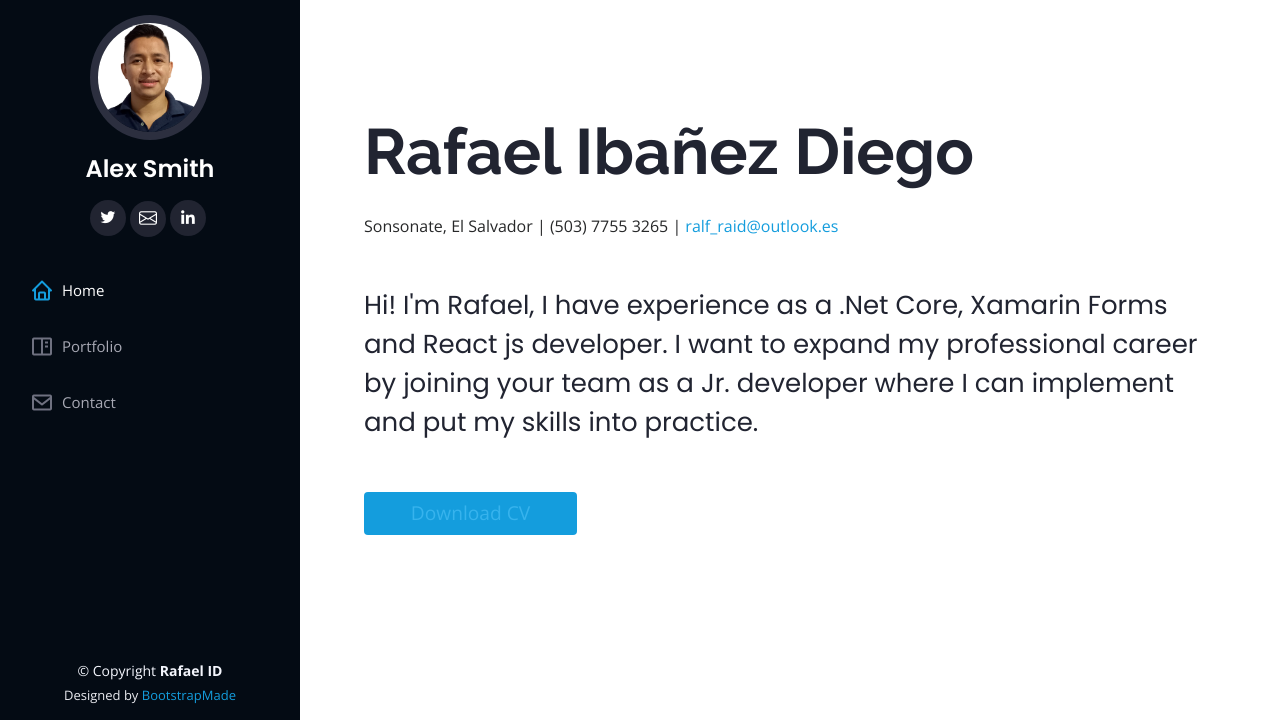
Repository: ralfId/myportfolio
Page: /
The author's editor kept a copy of each file at every save. The page is drawn from the files as they stood at one save, then again after the next save.
The browser window is 1280 px wide. The pictures show the whole page.
The pointer rests on the first visible `#hero button a`.
The project was rebuilt for these pictures with package versions that can differ from the ones it lists, and the page was loaded fresh each time. Also part of the build but not shown: src/data/projects.js, src/components/Projects/ProjectItem.js, src/components/Projects/ProjectIndex.js, src/helpers/ProjectById.js, src/components/Projects/ProjectDetail.js.

Above is the page before, as saved 2021-09-20 16:14:41.

After the next save:
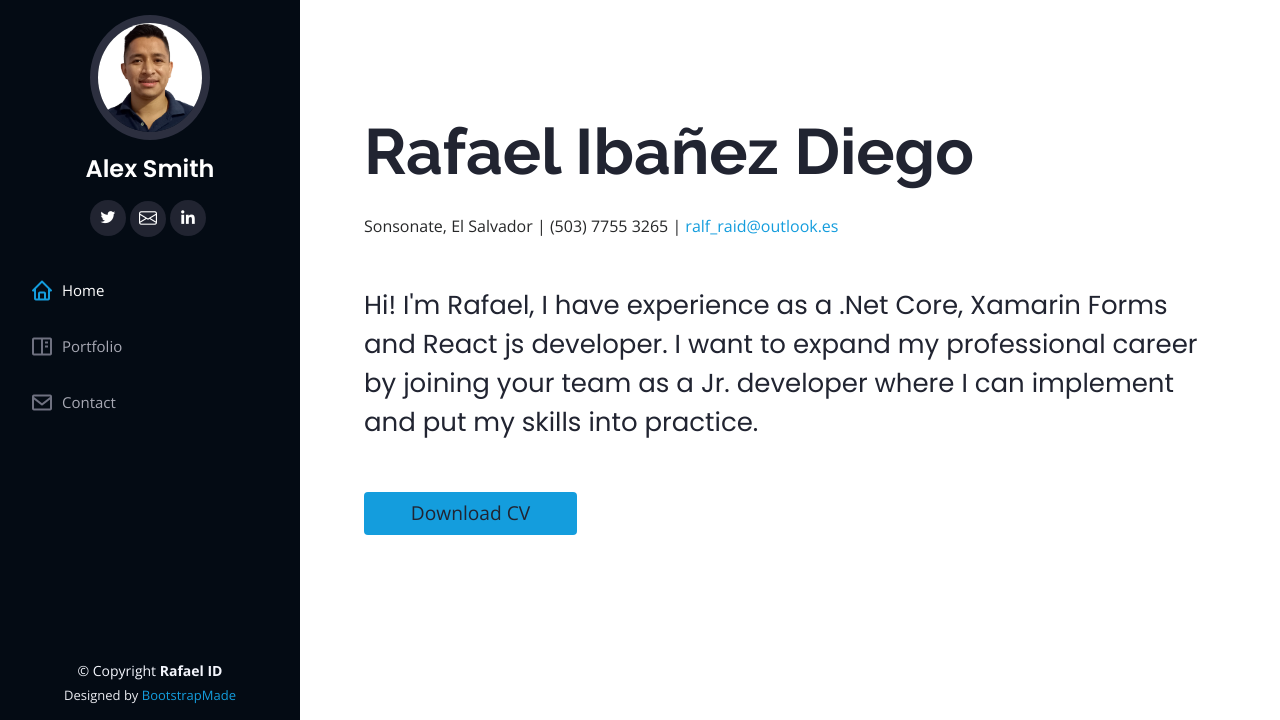
Saved 38 s later.
--- a/public/css/style.css
+++ b/public/css/style.css
@@ -264,6 +264,10 @@ h1, h2, h3, h4, h5, h6 {
 #hero button a{
   text-decoration: none;
 }
+#hero button a:hover{
+  text-decoration: none;
+  color: #212431;
+}
 #hero button:hover {
   background: #149ddd;
   color: #fff;
